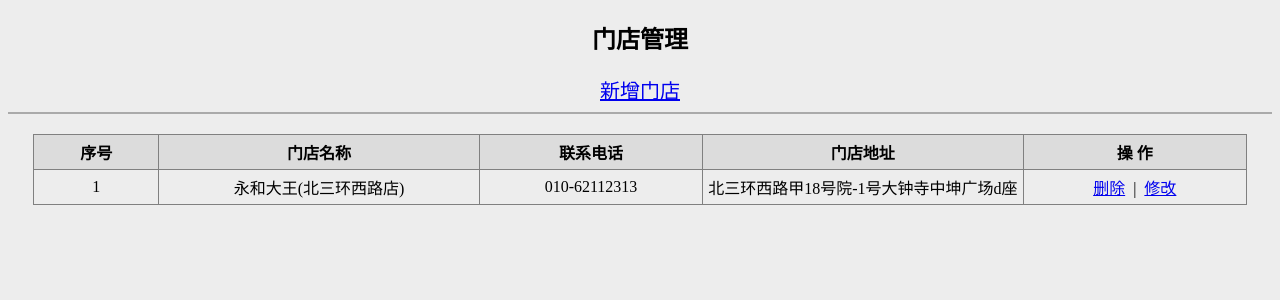
Repository: cww1656978312/test1
Page: http://localhost/yonghe-sss/WEB-INF/pages/door_list.jsp
An editor plug-in stored every save of this project. The page is shown before and after the next save, followed by the edit.
The browser window is 1280 px wide. The pictures show the whole page.
The page is served by Tomcat 9. Nobody is signed in. The template is opened directly, without the code that normally fills it, so the values that code supplies are empty.

Above is the page before, as saved 2019-08-04 08:27:47.

After the next save:
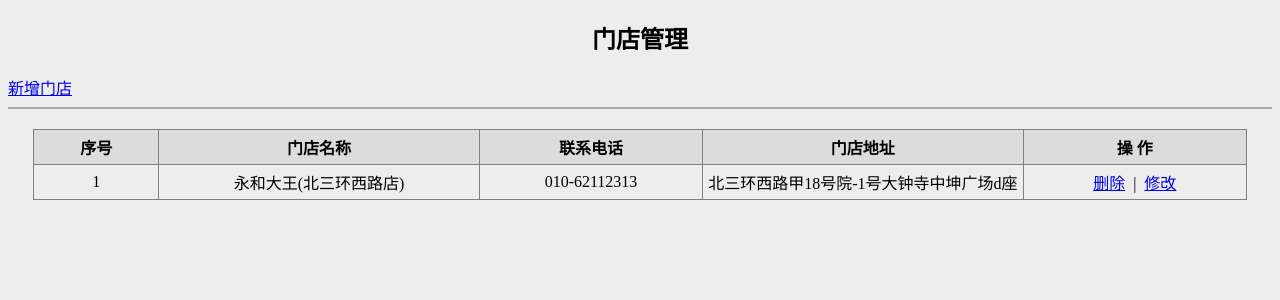
Saved 7 min 20 s later.
--- a/yonghe-sss/src/main/webapp/WEB-INF/pages/door_list.jsp
+++ b/yonghe-sss/src/main/webapp/WEB-INF/pages/door_list.jsp
@@ -22,7 +22,7 @@
 <body><!-- body-start  -->
 
 <h2>门店管理</h2>
-<div id="add-door">
+<div id="doorList">
 	<a href="door_add" target="rightFrame">新增门店</a>
 </div>
 <hr/>
